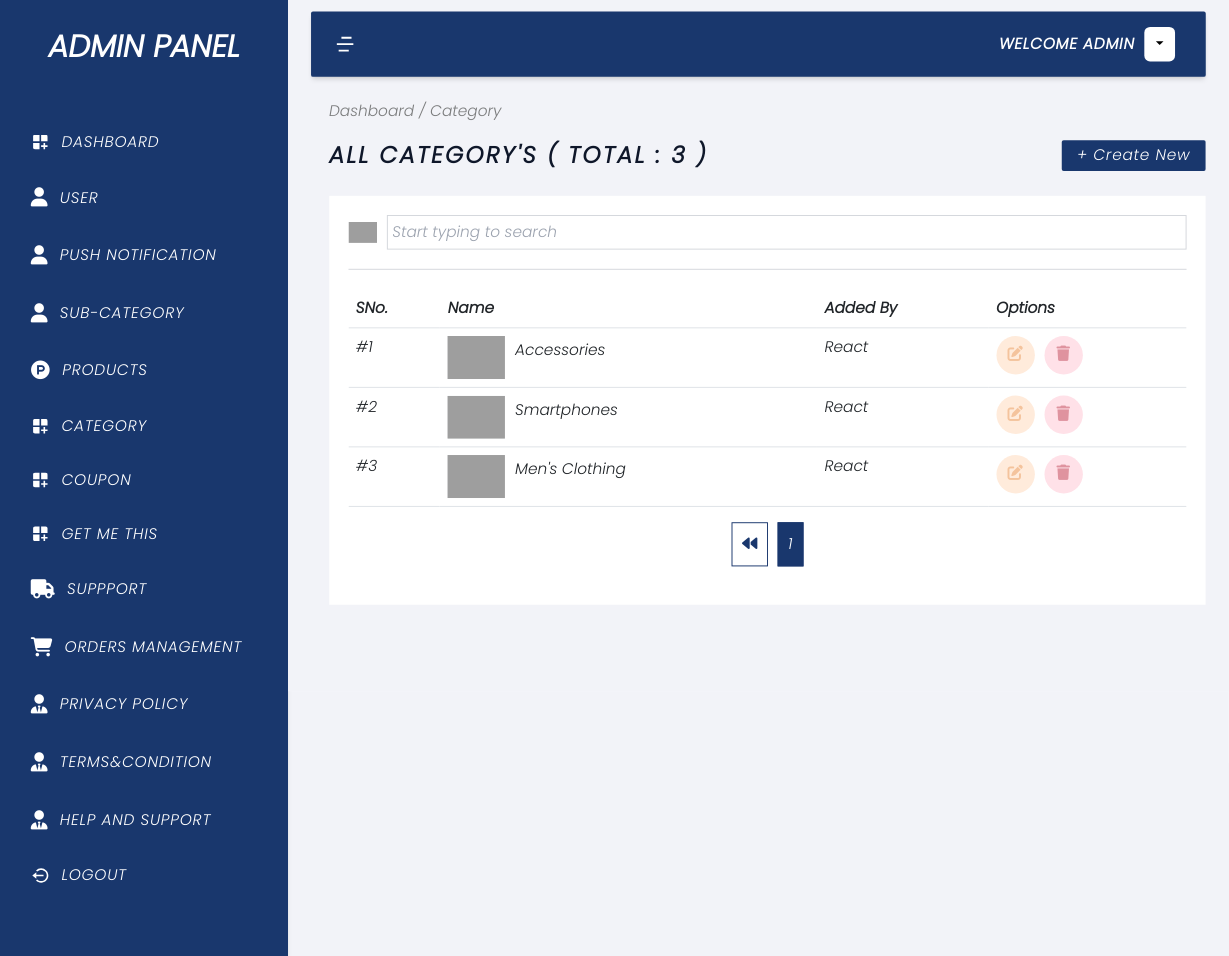
Repository: arpanmalik/project-khanna
Page: /sub-category
An editor plug-in stored every save of this project. The page is shown before and after the next save, followed by the edit.
The browser window is 1280 px wide. The pictures show the whole page, at 96% of full size.
Pictures or frames that could not be fetched are drawn as grey boxes. Some web libraries are served in a nearby version. The project was rebuilt for these pictures with package versions that can differ from the ones it lists, and the page was loaded fresh each time. Also part of the build but not shown: src/E-CommerceAdmin/forms/Login.jsx, src/E-CommerceAdmin/pages/Dashboard.jsx, src/E-CommerceAdmin/pages/ECategory.js, src/E-CommerceAdmin/pages/EProduct.js, src/E-CommerceAdmin/pages/EVendorList.js, src/E-CommerceAdmin/pages/EAdminOrders.js, src/E-CommerceAdmin/pages/EAdminProduct.js, src/E-CommerceAdmin/pages/EAdminDelivery.js and 11 more. Imported but missing from the stored project, and not drawn on this page: src/E-CommerceAdmin/pages/Component/SpinnerComp, src/E-CommerceVendor/forms/EVendorLogin, src/E-CommerceVendor/pages/EVCategory, src/E-CommerceVendor/pages/EVCoupon, src/E-CommerceVendor/pages/EVDashboard, src/E-CommerceVendor/pages/EVOrders, src/E-CommerceVendor/pages/EVProduct, src/E-CommerceVendor/pages/EVSubCategory.

Above is the page before, as saved 2023-05-16 15:48:01.

After the next save:
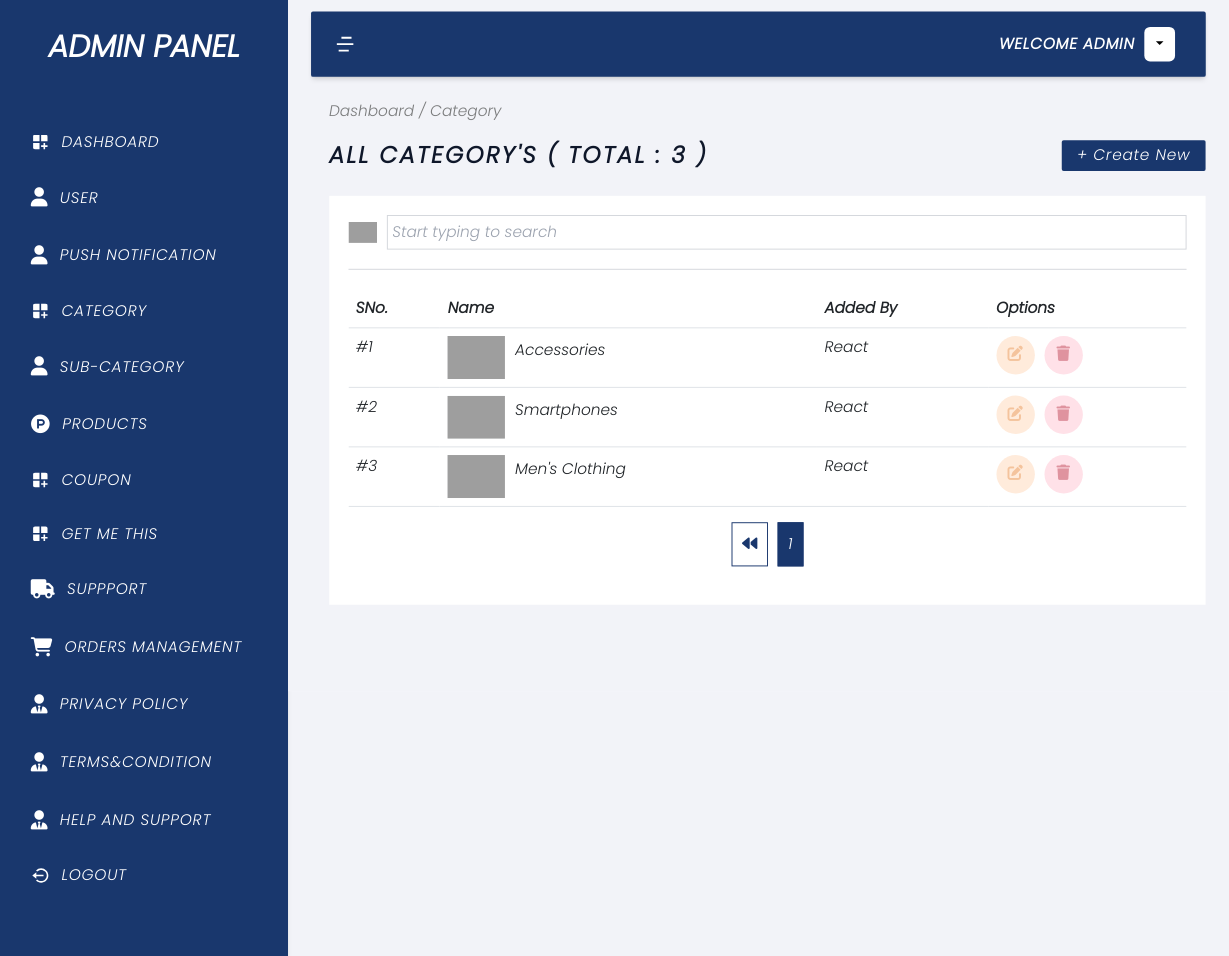
Saved 11 s later.
--- a/src/E-CommerceAdmin/layout/Sidebar.jsx
+++ b/src/E-CommerceAdmin/layout/Sidebar.jsx
@@ -24,6 +24,10 @@ const Sidebar = ({ hamb, setHamb }) => {
       icon: <i className="fa-solid fa-user text-xl mr-3 rounded-full"></i>,
       link: "/pushNotification",
       name: "Push Notification",
+    },  {
+      icon: <MdDashboardCustomize className="text-xl mr-3 rounded-full " />,
+      link: "/Category",
+      name: "Category",
     },
 
     {
@@ -40,11 +44,7 @@ const Sidebar = ({ hamb, setHamb }) => {
       link: "/Product",
       name: "Products",
     },
-    {
-      icon: <MdDashboardCustomize className="text-xl mr-3 rounded-full " />,
-      link: "/Category",
-      name: "Category",
-    },
+
 
 
 
